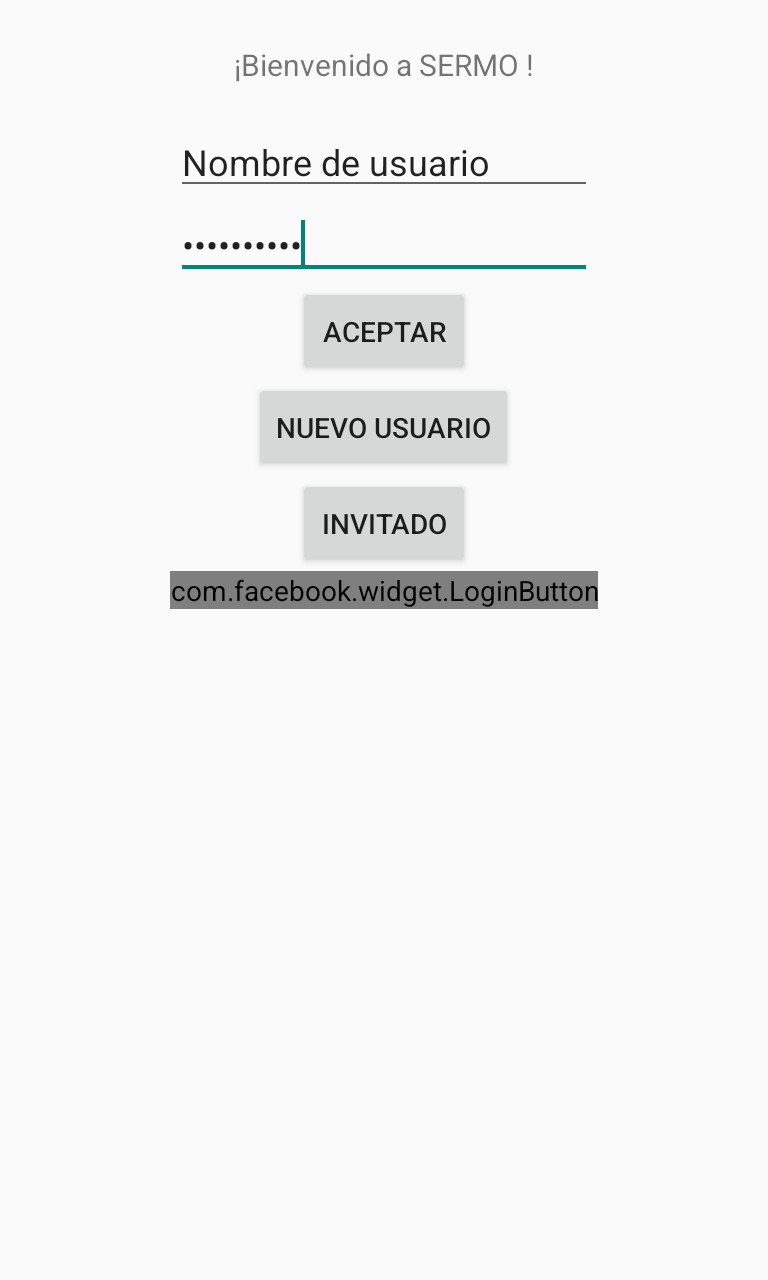
Repository: MVidi/juegos
Layout: SermoJuego/res/layout/pantallaprimera.xml
An editor plug-in stored every save of this project. The layout is shown before and after the next save, followed by the edit.
Pictures or frames that could not be fetched are drawn as grey boxes. It is drawn on a 768 x 1280 px phone screen (xhdpi) without system bars, with theme AppTheme; the app's code is not run.

Above is the layout before, as saved 2014-08-11 16:20:27.

### SermoJuego/res/layout/pantallaprimera.xml
<RelativeLayout xmlns:android="http://schemas.android.com/apk/res/android"
    xmlns:tools="http://schemas.android.com/tools"
    android:id="@+id/container"
    android:layout_width="match_parent"
    android:layout_height="match_parent"
    tools:context=".pantallaInicioActivity"
    tools:ignore="MergeRootFrame" >

    <Button
        android:id="@+id/aceptarPI"
        android:layout_width="wrap_content"
        android:layout_height="wrap_content"
        android:layout_centerHorizontal="true"
        android:layout_below="@+id/contrasenaPI"
        android:onClick="aceptarPulsado"
        android:text="@string/Aceptar" />

    <Button
        android:id="@+id/nuevoUsuarioPI"
        android:layout_width="wrap_content"
        android:layout_height="wrap_content"
        android:layout_below="@+id/aceptarPI"
        android:layout_centerHorizontal="true"
        android:text="@string/nuevoUsuario" />

    <Button
        android:id="@+id/invitadoPI"
        android:layout_width="wrap_content"
        android:layout_height="wrap_content"
  		android:layout_centerHorizontal="true"
        android:layout_below="@+id/nuevoUsuarioPI"
        android:text="@string/Invitado"
    	android:onClick="conectarMongo" />

    <TextView
        android:id="@+id/TituloPI"
        android:layout_width="wrap_content"
        android:layout_height="wrap_content"
        android:layout_alignParentTop="true"
        android:layout_centerHorizontal="true"
        android:layout_marginTop="22dp"
        android:text="@string/juego"
        android:textSize="15sp" />

    <EditText
        android:id="@+id/usuarioPI"
        android:layout_width="wrap_content"
        android:layout_height="wrap_content"
        android:layout_below="@+id/TituloPI"
        android:layout_centerHorizontal="true"
        android:layout_marginTop="16dp"
        android:ems="10"
        android:inputType="textPersonName"
        android:onClick="clicarUsuario"
        android:text="@string/Usuario" />

    <EditText
        android:id="@+id/contrasenaPI"
        android:layout_width="wrap_content"
        android:layout_height="wrap_content"
        android:layout_below="@+id/usuarioPI"
        android:layout_centerHorizontal="true"
        android:ems="10"
        android:inputType="textPassword"
        android:onClick="clicarContrasena"
        android:text="@string/Contrasena" >

        <requestFocus />
    </EditText>

    <com.facebook.widget.LoginButton
        android:id="@+id/authButton"
        android:layout_width="wrap_content"
        android:layout_height="wrap_content"
        android:layout_below="@+id/invitadoPI"
        android:layout_centerHorizontal="true" />

</RelativeLayout>

### SermoJuego/res/values/strings.xml
<?xml version="1.0" encoding="utf-8"?>
<resources>

    <string name="app_name">SERMO</string>
    <string name="hello_world">Hello world!</string>
    <string name="juego">¡Bienvenido a SERMO !</string>
    <string name="action_settings">Settings</string>
  	<string name="Usuario">Nombre de usuario</string>
  	<string name="Contrasena">Contraseña</string>
  	<string name="Aceptar">Aceptar</string>
  	<string name="Invitado">Invitado</string>
  	<string name="nuevoUsuario">Nuevo Usuario</string>
  	<string name="jugar">jugar</string>
  	<string name="amigos">Amigos</string>
  	<string name="configurar">Configuración</string>
  	<string name="tipopartida">Seleccione tipo de partida</string>
</resources>

Loaded but not shown: SermoJuego/res/values/styles.xml (common file); SermoJuego/res/values-v11/styles.xml (common file); SermoJuego/res/values-v14/styles.xml (common file)

After the next save:
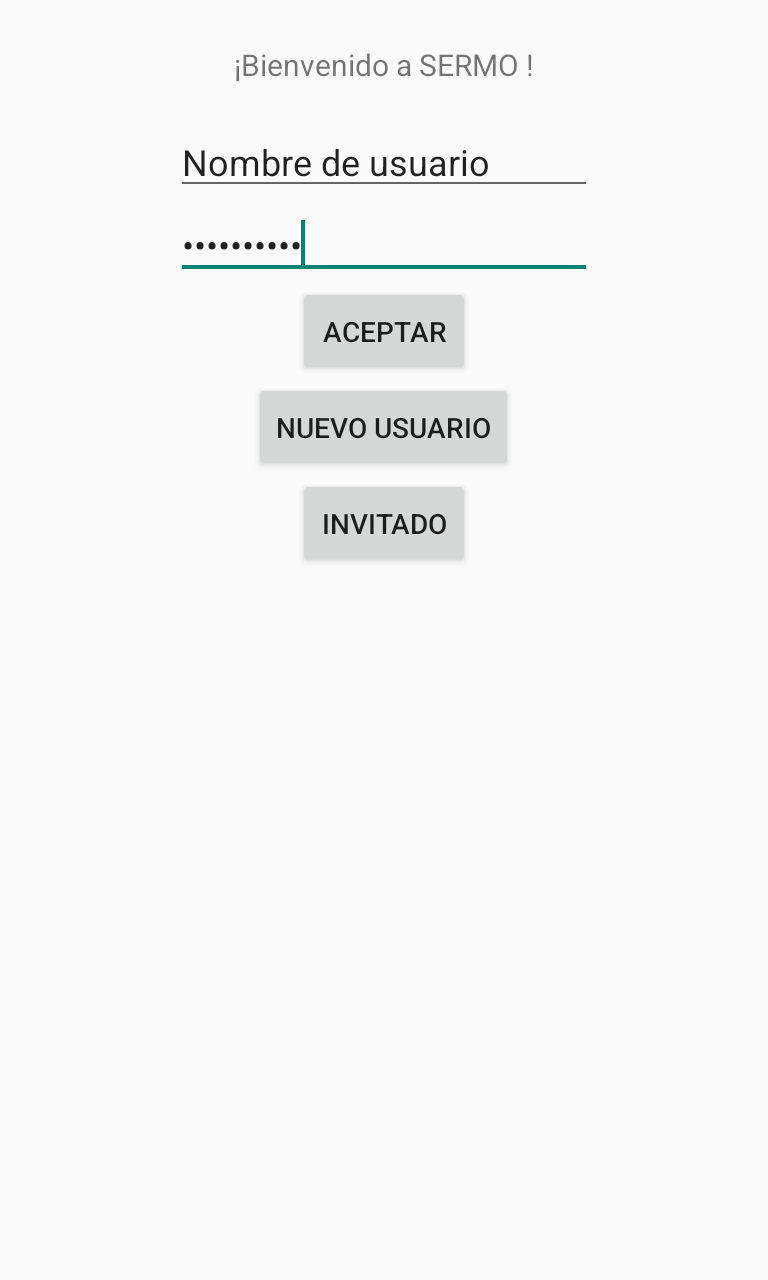
Saved 63 s later.
--- a/SermoJuego/res/layout/pantallaprimera.xml
+++ b/SermoJuego/res/layout/pantallaprimera.xml
@@ -68,11 +68,5 @@
         <requestFocus />
     </EditText>
 
-    <com.facebook.widget.LoginButton
-        android:id="@+id/authButton"
-        android:layout_width="wrap_content"
-        android:layout_height="wrap_content"
-        android:layout_below="@+id/invitadoPI"
-        android:layout_centerHorizontal="true" />
 
 </RelativeLayout>
